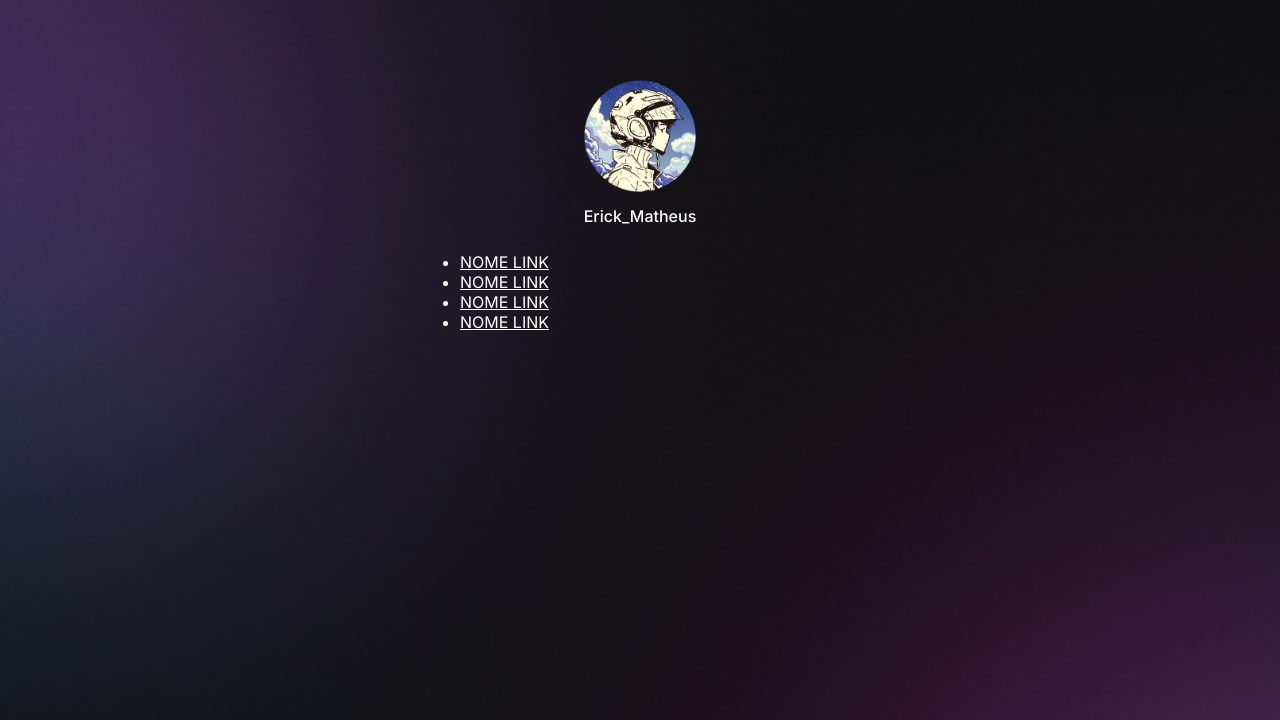
Repository: e-rickmatheus/project_dev_links
Page: index.html
The author's editor kept a copy of each file at every save. The page is drawn from the files as they stood at one save, then again after a run of saves.
The browser window is 1280 px wide. The pictures show the whole page.

Above is the page before, as saved 2025-04-02 20:34:34.

After the next 3 saves:
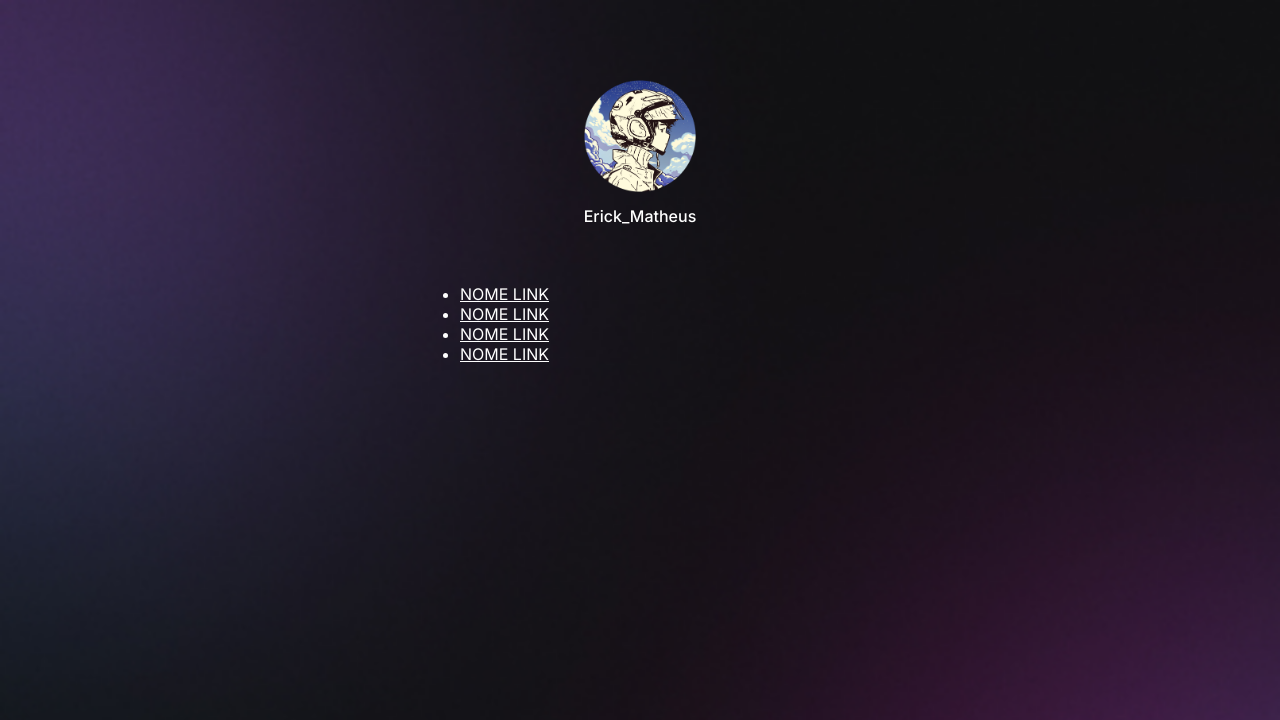
The 3 saves are shown as one change because they came seconds apart.
The last was saved 17 s later.
--- a/style.css
+++ b/style.css
@@ -1,4 +1,5 @@
-* {
+* { */
+  /* *: todos os elementos */
   margin: 0;
   padding: 0;
   box-sizing: border-box; /* border-box: altura e largura do elemento é o mesmo que o tamanho definido */

After the 2 saves that followed:
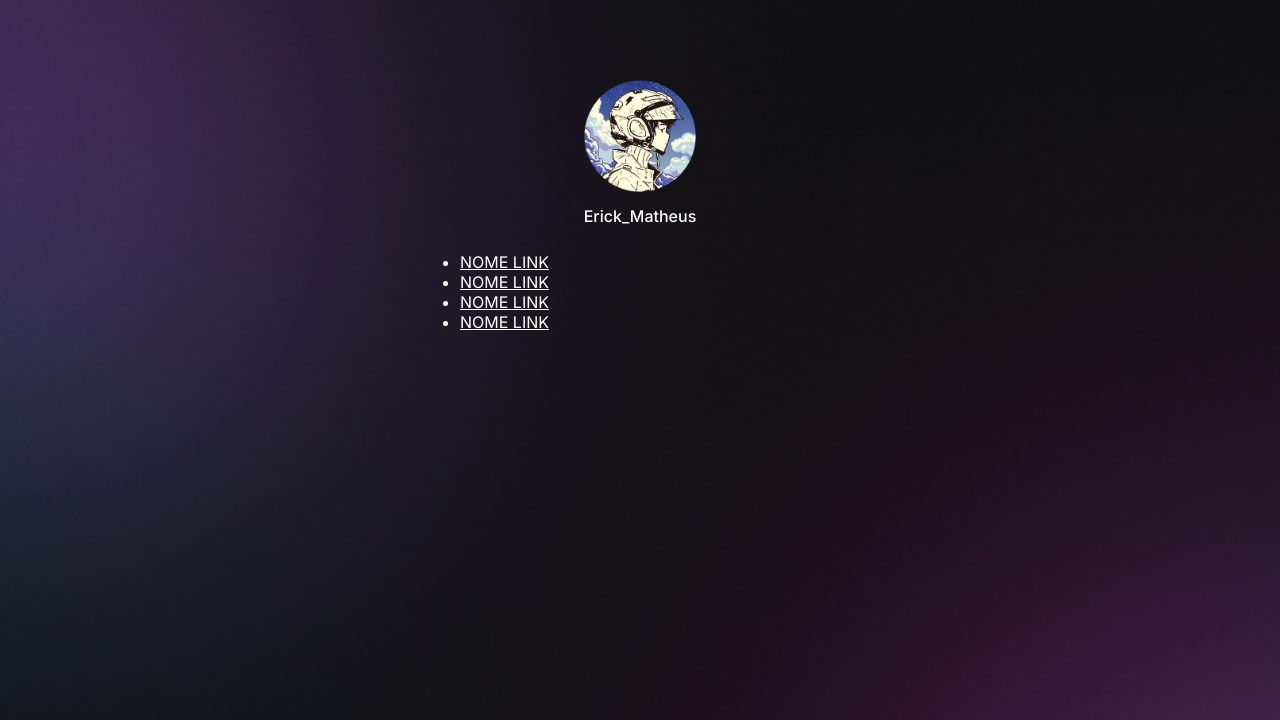
The 2 saves are shown as one change because they came seconds apart.
The last was saved 6 s later.
--- a/style.css
+++ b/style.css
@@ -1,5 +1,4 @@
-* { */
-  /* *: todos os elementos */
+* {  /* *: todos os elementos */
   margin: 0;
   padding: 0;
   box-sizing: border-box; /* border-box: altura e largura do elemento é o mesmo que o tamanho definido */
